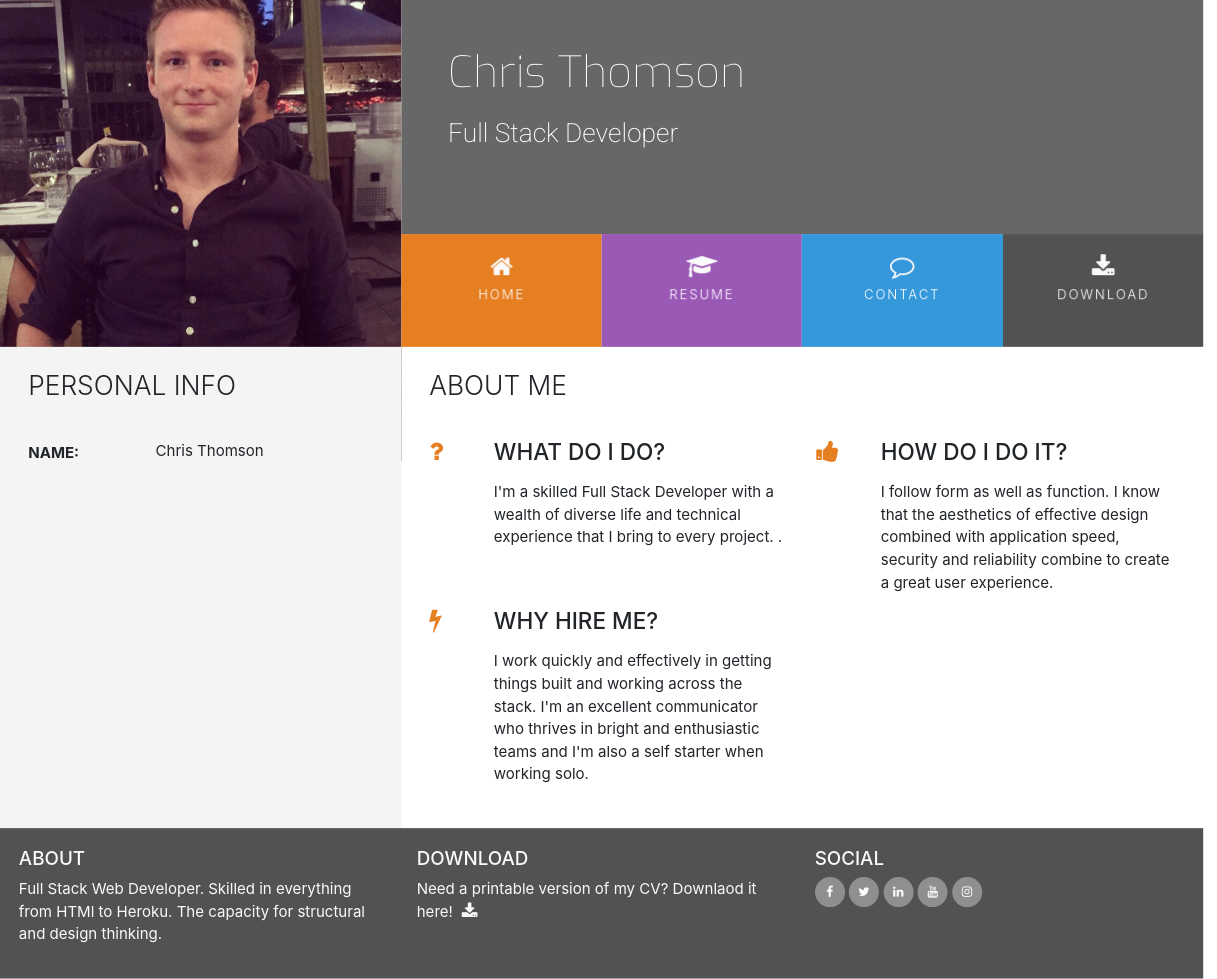
Repository: cthoms1993/Resume
Page: index.html
The author's editor kept a record of every edit. The page is drawn from the files as they stood at one moment, then again after the next edit.
The browser window is 1280 px wide. The page is 1295 px wide, so the pictures cover 1295 px, including what lies to the right of the window. The pictures show the whole page, at 94% of full size.

Above is the page before.

After the next edit:
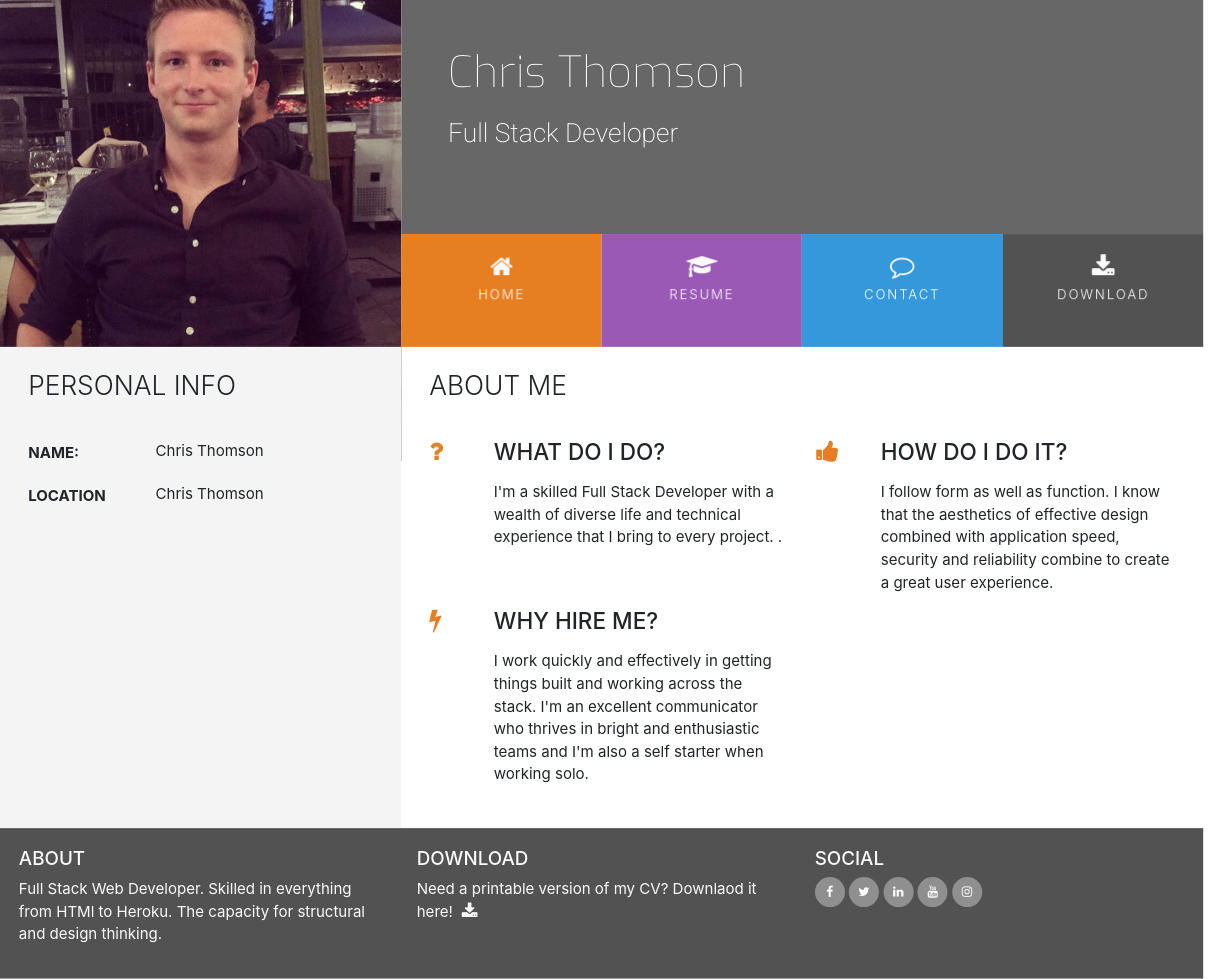
The edit:
--- a/index.html
+++ b/index.html
@@ -60,6 +60,18 @@
                     <div class="key">
                         <p class="uppercase">
                             Name:
+                        </p>
+                    </div>
+                    <div class="value">
+                        <p>
+                            Chris Thomson
+                        </p>
+                    </div>
+                </div>
+                 <div class="personal-info-item">
+                    <div class="key">
+                        <p class="uppercase">
+                            Location
                         </p>
                     </div>
                     <div class="value">
